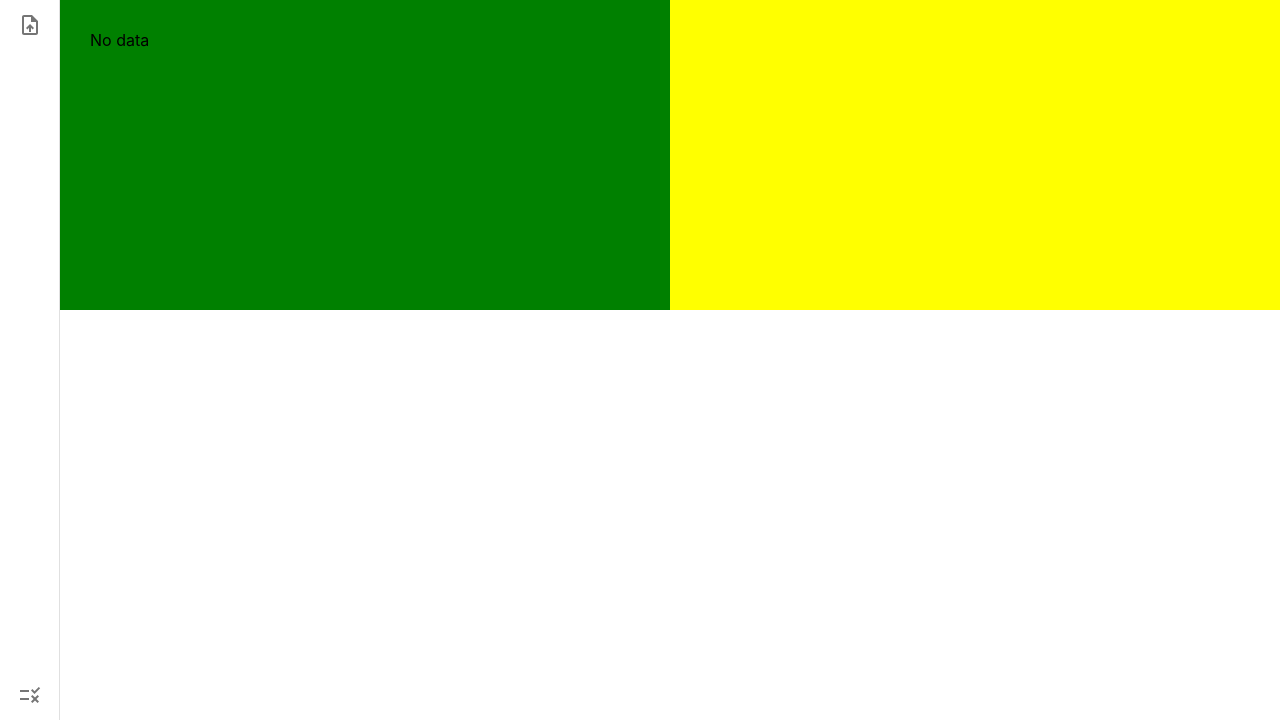
Repository: imark00/sbolInsight_frontend
Page: /
The author's editor kept a copy of each file at every save. The page is drawn from the files as they stood at one save, then again after the next save.
The browser window is 1280 px wide. The pictures show the whole page.
The project was rebuilt for these pictures with package versions that can differ from the ones it lists, and the page was loaded fresh each time. Also part of the build but not shown: src/App.css.

Above is the page before, as saved 2024-08-18 05:21:10.

After the next save:
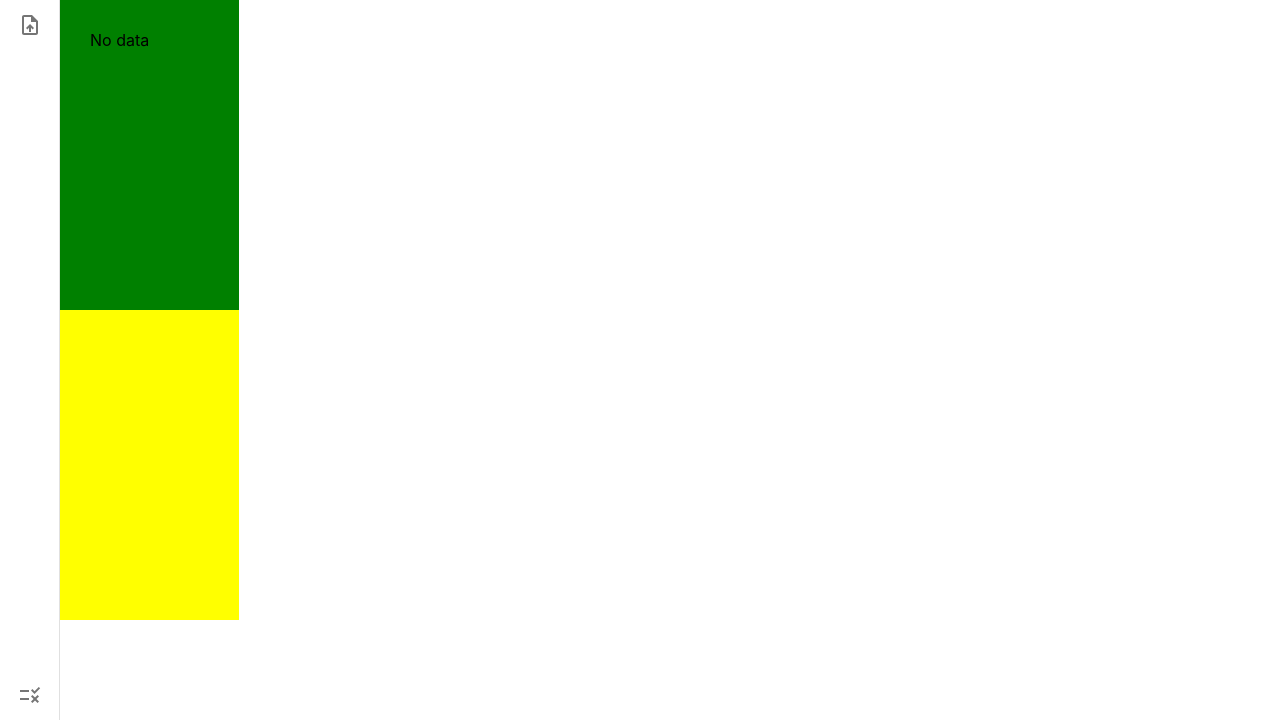
Saved 15 s later.
--- a/src/sbolInsight.js
+++ b/src/sbolInsight.js
@@ -128,43 +128,43 @@ const SBOLInsightPage = () => {
                 display: 'flex',
             }}>
 
+                {/* Main content */}
+                <Box
+                    sx={{
+                        width: '100%',
+                        // height: '100vh',
+                        height: '250px',
+                        background: 'green',
+                        padding: '30px',
+                    }}
+                >
+                    {testData ?
+                        <Box>
+                            <p> {testData.status}</p>
+                            <p> {testData.app}</p>
+                            <p> {testData.message}</p>
+                        </Box>
+                        : <Box>
+                            No data
+                        </Box>
+                    }
+                </Box>
+
+                {/* Validation results view */}
+                <Box
+                    sx={{
+                        width: '100%',
+                        // height: '100vh',
+                        height: '250px',
+                        background: 'yellow',
+                        padding: '30px',
+
+                    }}
+                >
+
+                </Box>
             </Box>
 
-            {/* Main content */}
-            <Box
-                sx={{
-                    width: '100%',
-                    // height: '100vh',
-                    height: '250px',
-                    background: 'green',
-                    padding: '30px',
-                }}
-            >
-                {testData ?
-                    <Box>
-                        <p> {testData.status}</p>
-                        <p> {testData.app}</p>
-                        <p> {testData.message}</p>
-                    </Box>
-                    : <Box>
-                        No data
-                    </Box>
-                }
-            </Box>
-
-            {/* Validation results view */}
-            <Box
-                sx={{
-                    width: '100%',
-                    // height: '100vh',
-                    height: '250px',
-                    background: 'yellow',
-                    padding: '30px',
-
-                }}
-            >
-
-            </Box>
 
             {/* // Upload file modal */}
             <Modal
